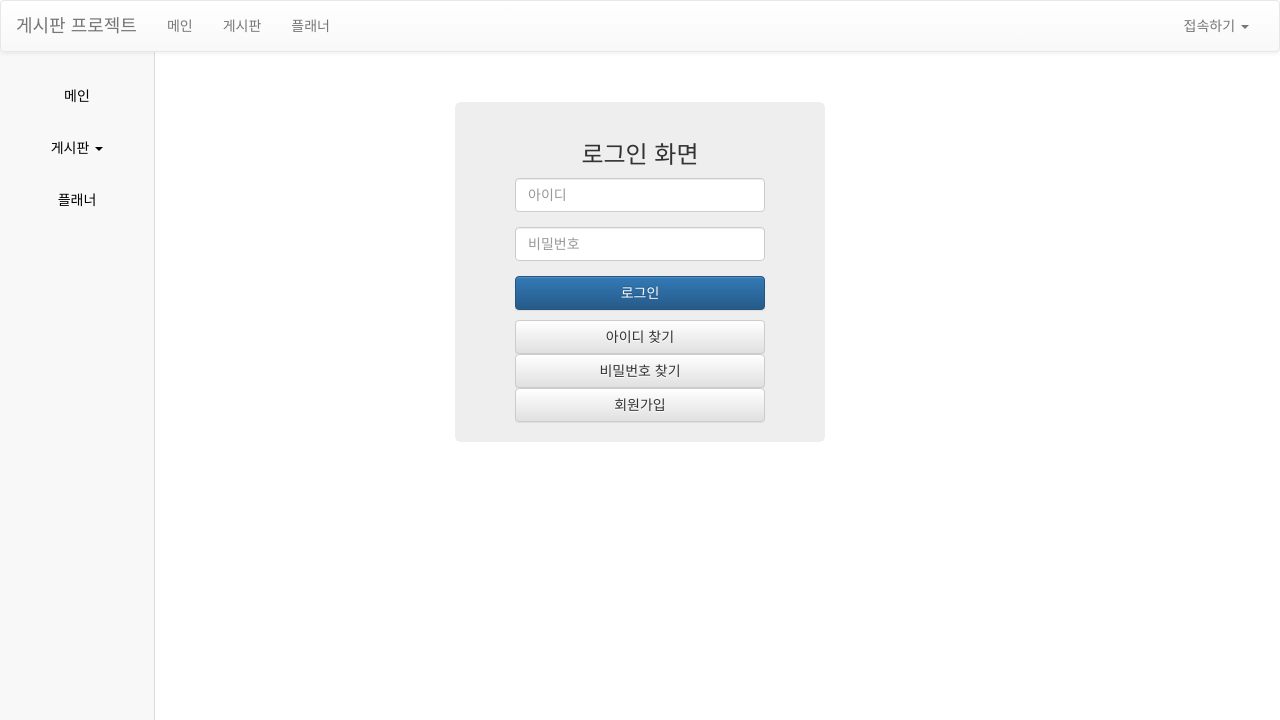
Repository: Seok7975/Project_PlannerSharingBoard
Page: http://localhost/ToDoList공유_게시판_ver3/id/login.jsp
These files come from the project's save history. The page is drawn as it stood at one moment and after the next save; the edit follows.
The browser window is 1280 px wide. The pictures show the whole page.
Some web libraries are served in a nearby version. The page is served by Tomcat 9.

Above is the page before, as saved 2024-07-05 06:13:29.

After the next save:
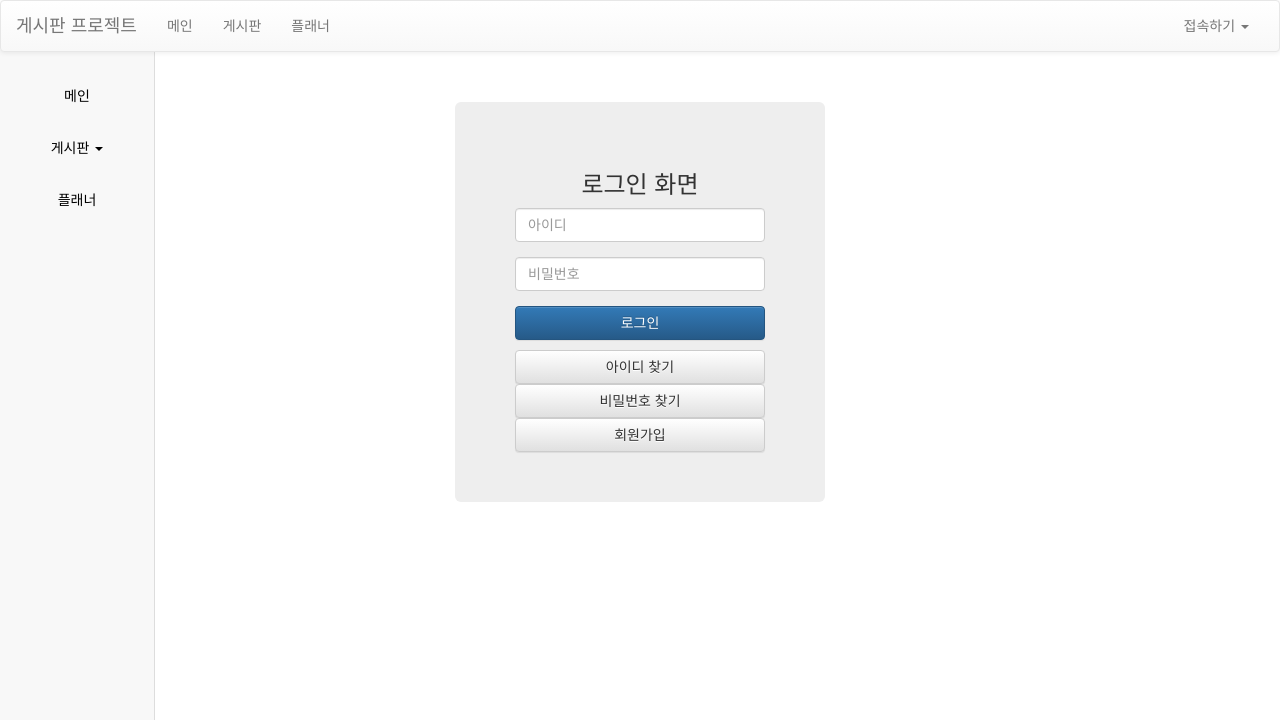
Saved 18 s later.
--- a/List_Projects_ver3/ToDoList공유 게시판_ver3/src/main/webapp/id/login.jsp
+++ b/List_Projects_ver3/ToDoList공유 게시판_ver3/src/main/webapp/id/login.jsp
@@ -241,7 +241,7 @@
     }
 
     .jumbotron {
-        padding: 20px;
+        padding: 50px;
         text-align: center;
     }
 
